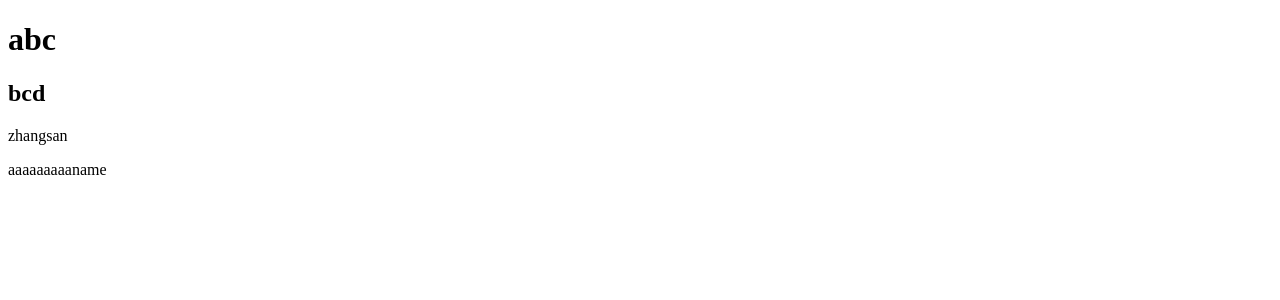
Repository: yunlovebo/anti35
Page: vue/render/index.html
These files come from the project's save history. The page is drawn as it stood at one moment and after the next save; the edit follows.
The browser window is 1280 px wide. The pictures show the whole page.

Above is the page before, as saved 2020-01-14 17:26:53.

### vue/render/index.html
<!DOCTYPE html>
<html lang="en">
<head>
    <meta charset="UTF-8">
    <meta name="viewport" content="width=device-width, initial-scale=1.0">
    <meta http-equiv="X-UA-Compatible" content="ie=edge">
    <title>render</title>
    <script src="https://unpkg.com/@babel/standalone/babel.min.js"></script>
    <script src="https://cdn.jsdelivr.net/npm/vue@2.6.11"></script>
</head>
<body>
    <div id="app">
        <anchored-heading level="1">abc</anchored-heading>
        <anchored-heading level="2"><span>bcd</span></anchored-heading>


        <child>
            <!-- <template v-slot:default="sprops">
                <p>{{ sprops.user.name }}</p>

            </template> -->
            <template v-slot:default="{ user, company }">
                <p>{{ user.name }}</p>

            </template>
            <template v-slot:a="sprops">
                <p>{{ sprops.a.aname }}</p>
            </template>
        </child>
    </div>

    <script>
        Vue.component('anchored-heading', {
            render (h) {
                console.log(this);
                return h(
                    'h' + this.$props.level,
                    this.$slots.default,
                );
            },
            props: {
                level: {
                    type: Number,
                    required: true,
                }
            }
        });

        const child = Vue.component('child', {
            template: `
                <div class="child">
                    <slot :user="userq" :company="cdata"></slot>
                    <slot name="a" v-bind:a="adata"></slot>
                </div>
            `,
            data () {
                return {
                    userq: {
                        name: 'zhangsan',
                    },
                    cdata: {
                        name: 'alibaba',
                    },
                    adata: {
                        aname: 'aaaaaaaaaname',
                    }
                }
            }
        })

        console.log(child.$slots);
        console.log(child.$p)

        new Vue({
            el: '#app'
        });


        var getChildrenTextContent = function (children) {
            return children.map((node) => {
                return node.children
                    ? getChildrenTextContent(node.getChildrenTextContent)
                    : node.text
            }).join('')
        }

        Vue.component('anchored-heading', {
            render (h) {
                var headingId = getChildrenTextContent(this.$slots.default)
                .toLowerCase()

            }
        })
    </script>
</body>
</html>

After the next save:
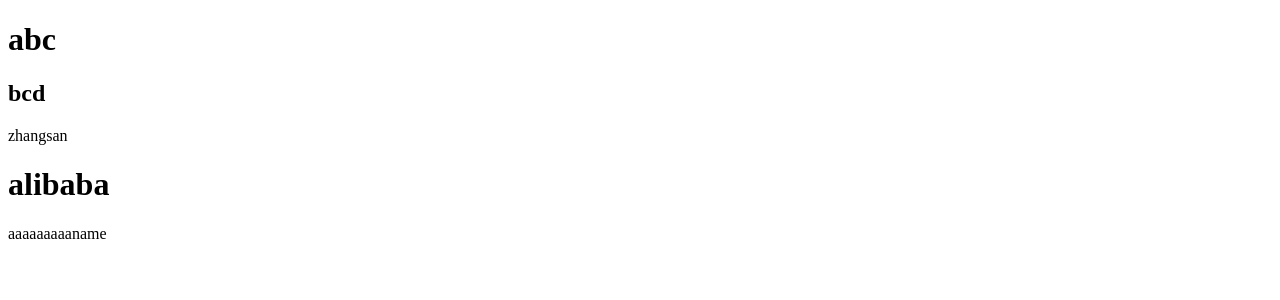
Saved 14 s later.
--- a/vue/render/index.html
+++ b/vue/render/index.html
@@ -21,6 +21,7 @@
             </template> -->
             <template v-slot:default="{ user, company }">
                 <p>{{ user.name }}</p>
+                <h1>{{ company.name }}</h1>
 
             </template>
             <template v-slot:a="sprops">
